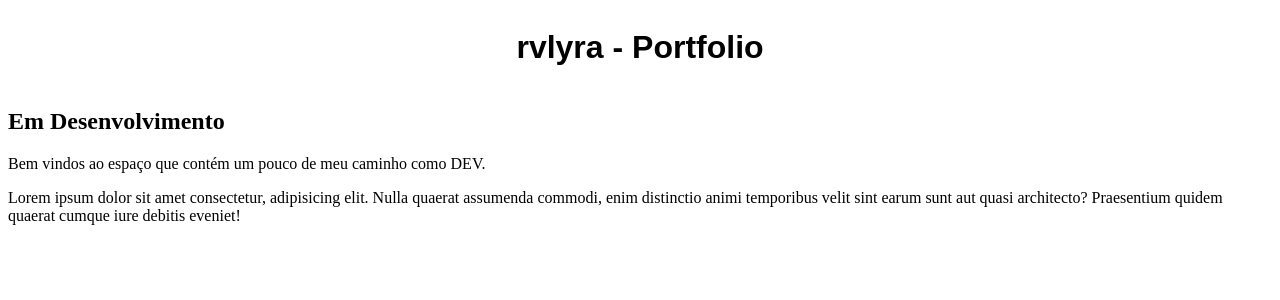
Repository: rvlyra/splash-screen-rvlyra
Page: Portfolio-RVLYRA/public/index.html
The author's editor kept a copy of each file at every save. The page is drawn from the files as they stood at one save, then again after the next save.
The browser window is 1280 px wide. The pictures show the whole page.
Some web fonts or font styles are not loaded; a fallback is used.

Above is the page before, as saved 2022-07-06 09:18:25.

After the next save:
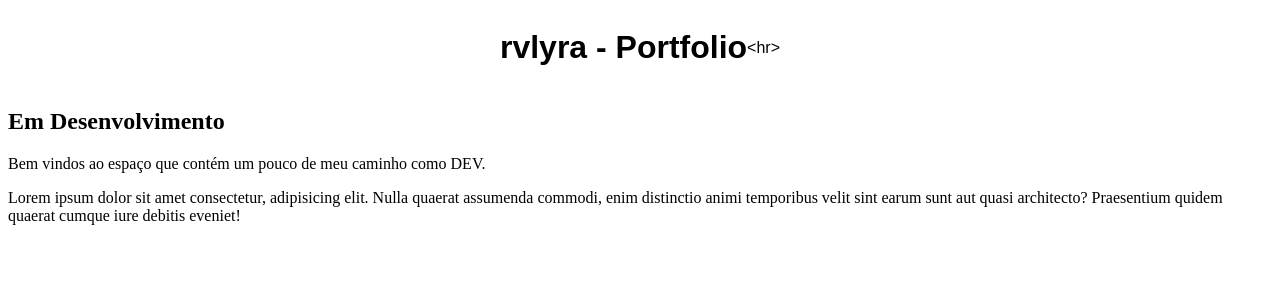
Saved 7 s later.
--- a/Portfolio-RVLYRA/assets/src/css/rl.main.css
+++ b/Portfolio-RVLYRA/assets/src/css/rl.main.css
@@ -14,5 +14,5 @@
     align-items:center;
 }
 .header::after {
-    content: "";
+    content: "<hr>";
 }

After the save that followed:
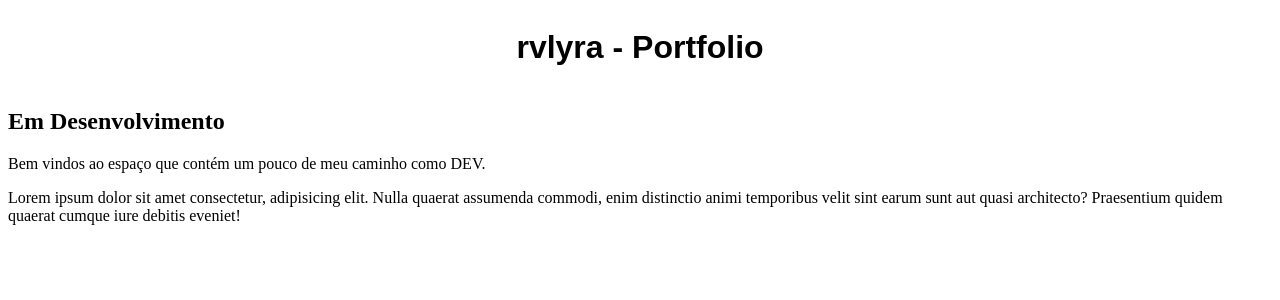
Saved 27 s later.
--- a/Portfolio-RVLYRA/assets/src/css/rl.main.css
+++ b/Portfolio-RVLYRA/assets/src/css/rl.main.css
@@ -13,6 +13,6 @@
     justify-content:center;
     align-items:center;
 }
-.header::after {
+.header::nth-child {
     content: "<hr>";
 }
